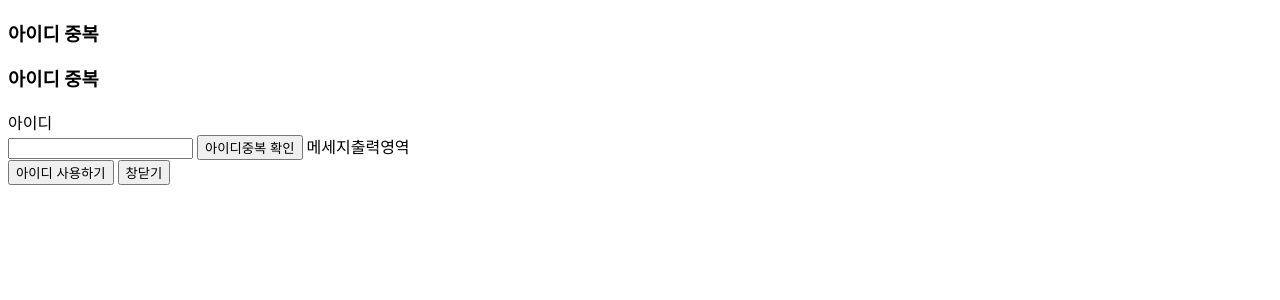
Repository: jelly02/workspace_web
Page: workspace_webui_LECTURE/08.js_form_valid/src/main/webapp/duplicateMemberId.html
An editor plug-in stored every save of this project. The page is shown before and after the next save, followed by the edit.
The browser window is 1280 px wide. The pictures show the whole page.

Above is the page before, as saved 2021-07-01 07:06:04.

### workspace_webui_LECTURE/08.js_form_valid/src/main/webapp/duplicateMemberId.html
<!DOCTYPE html PUBLIC "-//W3C//DTD HTML 4.01 Transitional//EN" "http://www.w3.org/TR/html4/loose.dtd">
<html>
<head>
<meta http-equiv="Content-Type" content="text/html; charset=UTF-8">
<title>아이디중복</title>
</head>
<body>
<h3>아이디 중복</h3>
<!--
	아이디 중복 입력 화면 구현
	1. 아이디 입력
	2. 수행결과 메세지 출력 영역 : 사용가능한 아이디입니다. 사용불가능한 아이디입니다.
	3. 아이디중복 확인버튼
	4. 아이디사용하기 확인버튼
	5. 창닫기 확인버튼
-->
<h3>아이디 중복</h3>
<div>
<form action="result.html" method="post" name="idCheckForm" id="idCheckForm">
	<!-- 아이디 -->
	<div>
		<div class="input_title">아이디</div>
		<div>
			<input type="text" name="memberId" id="memberId">
			<input type="button" value="아이디중복 확인">
			<span id="memberIdMsg">메세지출력영역</span>
		</div>
	</div>

	<div>
		<input type="button" value="아이디 사용하기" onclick="">
		<input type="button" value="창닫기" onclick="">
	</div>

</form>
</div>
</body>
</html>

After the next save:
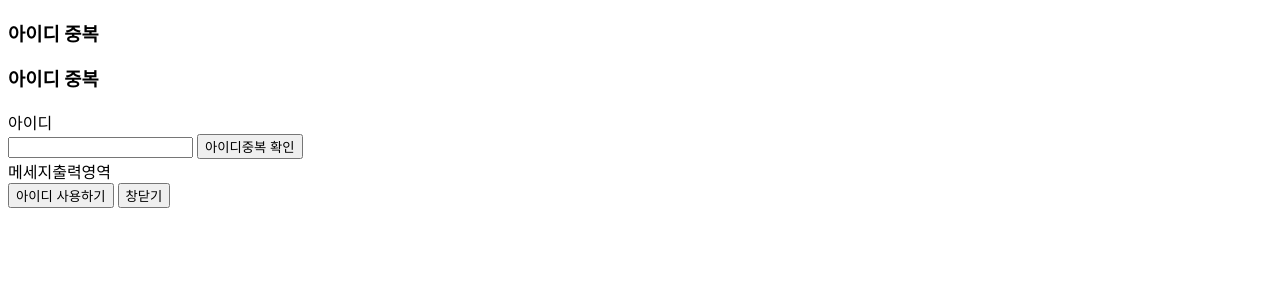
Saved 45 s later.
--- a/workspace_webui_LECTURE/08.js_form_valid/src/main/webapp/duplicateMemberId.html
+++ b/workspace_webui_LECTURE/08.js_form_valid/src/main/webapp/duplicateMemberId.html
@@ -23,8 +23,9 @@
 		<div>
 			<input type="text" name="memberId" id="memberId">
 			<input type="button" value="아이디중복 확인">
-			<span id="memberIdMsg">메세지출력영역</span>
 		</div>
+
+		<div id="memberIdMsg">메세지출력영역</div>
 	</div>
 
 	<div>
